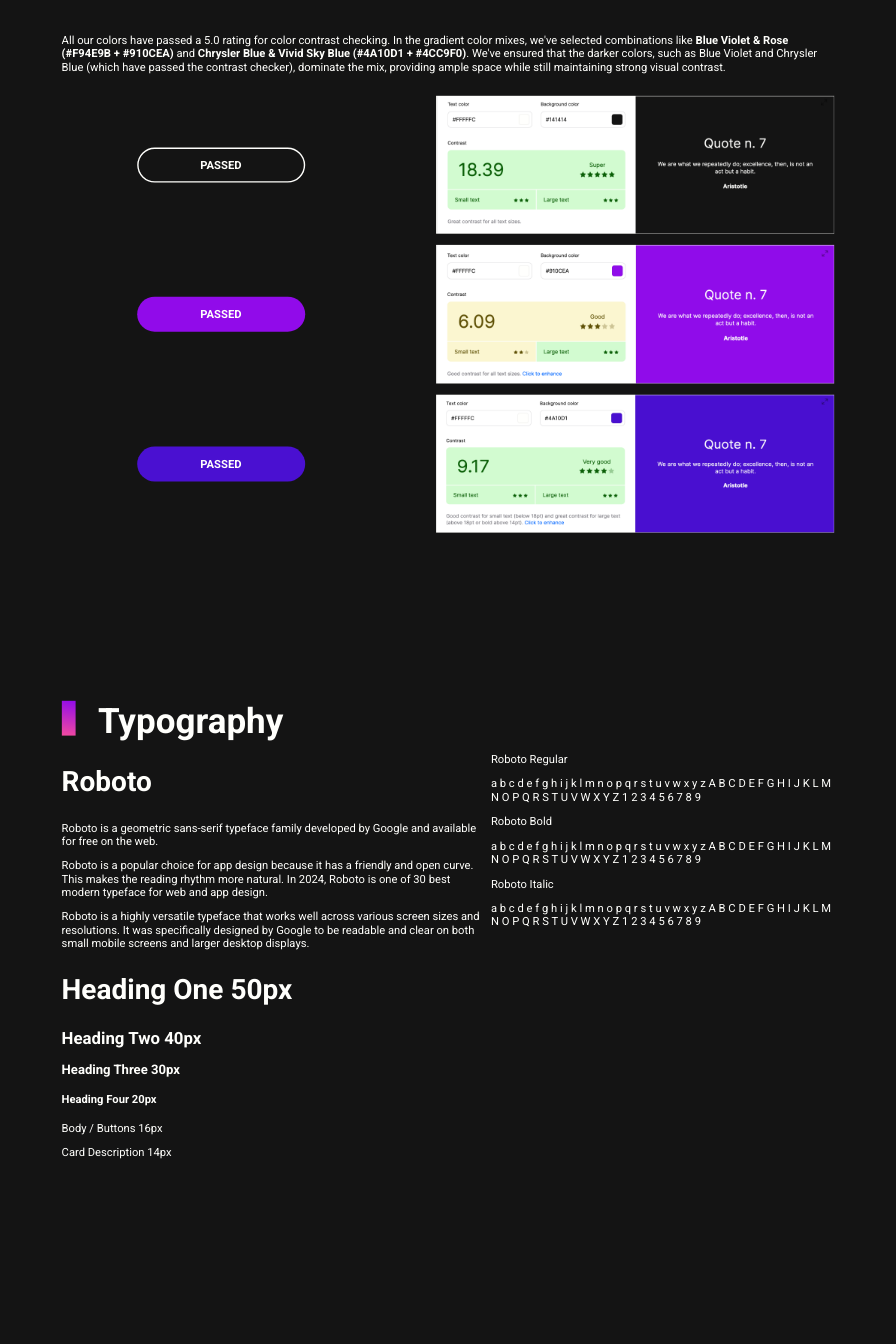
Repository: MonicaNguyenH/artflow_frontend_vanJS
Page: index.html
These files come from the project's save history. The page is drawn as it stood at one moment and after the next save; the edit follows.
The browser window is 1280 px wide. The pictures show the part of the page from y = 3287 to 5207 px (the page is 5207 px tall), at 70% of full size.
Some web fonts or font styles are not loaded; a fallback is used.

Above is the page before, as saved 2024-04-05 16:17:40.

### index.html
<!DOCTYPE html>
<html lang="en">
<head>
    <meta charset="UTF-8">
    <meta name="viewport" content="width=device-width, initial-scale=1.0">
    <title>Art Flow Style Guide</title>
    <link rel="stylesheet" href="css/style.css">
</head>
<body>
    <nav id="navbar">
        <ul class="list row l-col-1-2">
            <div class="col">
                <li id="logoNav"><a href="#home">ArtFlow</a></li>
            </div>
            <div class="col grid l-col-7">
                <li class="listItem rol"><a href="#home">Home</a></li>
                <li class="listItem rol"><a href="#logo">Logo</a></li>
                <li class="listItem rol"><a href="#colours">Colours</a></li>
                <li class="listItem rol"><a href="#typography">Typography</a></li>
                <li class="listItem rol"><a href="#grid">Grid Layout</a></li>
                <li class="listItem rol"><a href="#iconography">Iconography</a></li>
                <li class="listItem rol"><a href="#references">References</a></li>
            </div>
        </ul>
        <div class="borderGradient row-span"></div>
    </nav>
    <main>
        <section id="home">
            <div class="homeCover row l-col-2">
                <div class="homeMockup col">
                    <img src="img/home_mockup.png" alt="home mockup">
                </div>
                <div class="homeContent col">
                    <div class="homeDes">
                        <img src="img/placeholder.svg" alt="brand logo">
                        <p class="ARTFLOW">ARTFLOW</p>
                        <p class="description">Brand Style Guide</p>
                        <ul class="studentList">
                            <li>A01358535 | Jumi Pham</li>
                            <li>A01360275 | Monica Nguyen</li>
                            <li>A74374838 | Shirin Forouzan</li>
                            <li>A83485858 | Callista Chan</li>
                        </ul>
                    </div>
                </div>
            </div>
        </section>

        <section id="logo">
        </section>

        <section id="colours">
            <div class="subhead">
                <div class="subMark"></div>
                <p class="subCaption">Colors</p>
            </div>
            <div class="colourCatg row l-col-2-1" style="column-gap: 3rem;">
                <div class="coloursContent col">
                    <p class="secHead">Primary Colours</p>
                    <p class="colourDesc">We select a Dark, Cream White and Rose palette as the primary background and text colours to provide a clean and sophisticated aesthetic throughout our app.</p>
                </div>
                <div class="coloursCardSet grid l-col-3">
                    <div class="coloursCard col">
                        <div class="swatches" style="background-color: var(--black)"></div>
                        <p class="colourName">Dark</p>
                        <p class="hex">#141414</p>
                    </div>
                    <div class="coloursCard col">
                        <div class="swatches" style="border: 1px solid black; background-color: var(--white);"></div>
                        <p class="colourName">Cream White</p>
                        <p class="hex">#141414</p>
                    </div>
                    <div class="coloursCard col">
                        <div class="swatches" style="background-color: var(--rose)"></div>
                        <p class="colourName">Rose</p>
                        <p class="hex">#F94E9B</p>
                    </div>
                </div>
            </div>
            <div class="colourCatg row l-col-2-1" style="column-gap: 3rem;">
                <div class="coloursContent col">
                    <p class="secHead">Secondary Colours</p>
                    <p class="colourDesc">We use Blue Violet and Vivid Sky Blue as important as main colours which are for buttons and icons. These vibrant hues not only catch the eye but also convey a sense of  dynamism and clarity, ensuring a seamless and engaging user experience.</p>
                    <p class="colourDesc">Additionally, we pick a specific gray shade for the navigation bar, backgrounds of cards, and separators. This helps to organize the app neatly and makes it easier for users to find their way around.</p>
                </div>
                <div class="coloursCardSet grid l-col-3">
                    <div class="coloursCard col">
                        <div class="swatches" style="background-color: var(--violet)"></div>
                        <p class="colourName">Blue Violet</p>
                        <p class="hex">#910CEA </p>
                    </div>
                    <div class="coloursCard col">
                        <div class="swatches" style="background-color: var(--light-blue);"></div>
                        <p class="colourName">Vivid SKy Blue</p>
                        <p class="hex">#4CC9F0</p>
                    </div>
                    <div class="coloursCard col">
                        <div class="swatches" style="background-color: var(--dark-blue)"></div>
                        <p class="colourName">Chrysler Blue</p>
                        <p class="hex">#4A10D1</p>
                    </div>
                    <div class="coloursCard col">
                        <div class="swatches" style="background-color: var(--light-grey)"></div>
                        <p class="colourName">Light Gray</p>
                        <p class="hex">#878787</p>
                    </div>
                    <div class="coloursCard col">
                        <div class="swatches" style="background-color: var(--light-grey)"></div>
                        <p class="colourName">French Gray</p>
                        <p class="hex">#A6A7B3</p>
                    </div>
                    <div class="coloursCard col">
                        <div class="swatches" style="background-color: var(--medium-grey)"></div>
                        <p class="colourName">Jet</p>
                        <p class="hex">#333333</p>
                    </div>
                </div>
            </div>
            <div class="colourCatg row l-col-2-1" style="column-gap: 3rem;">
                <div class="coloursContent col">
                    <p class="secHead">Gradients</p>
                    <p class="colourDesc">We choose gradient mix for our primary buttons. This deliberate choice not only enhances visual appeal but also symbolizes the core essence and identity of our application, inviting users to engage with confidence and enthusiasm.</p>
                </div>
                <div class="coloursCardSet grid l-col-3">
                    <div class="coloursCard col">
                        <div class="swatches" style="background-image: var(--gradient-rv)"></div>
                        <p class="colourName">Rose & Blue Violet</p>
                        <p class="hex">#F94E9B + #910CEA</p>
                    </div>
                    <div class="coloursCard col">
                        <div class="swatches" style="background-image: var(--gradient-bb);"></div>
                        <p class="colourName">Chrysler Blue & Vivid Sky Blue</p>
                        <p class="hex">#4A10D1 + #4CC9F0</p>
                    </div>
                </div>
            </div>
            <div class="colourCatg row l-col-2-1" style="column-gap: 3rem;">
                <div class="coloursContent col">
                    <p class="secHead">Visual Example</p>
                    <div class="">
                        <img src="img/nav_bar.svg" alt="brand logo" style="margin: 1rem 0 1rem 0;">
                        <p>Cream <strong>White (#FFFFFC)</strong> & <strong>Rose (#F94E9B)</strong> for buttons and <strong>Jet (#333333)</strong> background on navigation bar</p>
                        <div class="grid l-col-2 examples">
                            <div class="col">
                                <button class="buttonRV">Click Me</button> <br/>
                                <button class="buttonBB">Click Me</button>
                            </div>
                            <div class="col">
                                <label class="switch">
                                    <input type="checkbox">
                                    <span class="slider round"></span>
                                </label> <br/>
                                <button class="chips">Click me <img class="xIcon" src="icon/x_icon.svg" alt="x icon"></button>
                            </div>
                        </div>
                    </div>
                    <p>Gradients for buttons, cards, chip and switches</p>
                </div>
                <div class="coloursCardSet grid l-col-3">
                    <div class="col l-row-span">
                        <p><strong>Dark (#141414)</strong> for background</p>
                        <p><strong>Cream White (#FFFFFC)</strong> for primary text</p>
                        <p><strong>Gradients</strong> for clickable state</p>
                    </div>
                    <div class="col mockup">
                        <img src="img/mockup_landing.png" alt="mockup landing page">
                    </div>
                    <div class="col mockup">
                        <img src="img/mockup_profile.png" alt="mockup profile page">
                    </div>
                    <div class="col mockup">
                        <img src="img/mockup_profile.png" alt="mockup profile page">
                    </div>
                </div>
            </div>
            <div class="colourCatg row" style="column-gap: 3rem;">
                <div class="coloursContent l-span-row">
                    <p class="secHead">Colours Contrast Checker</p>
                    <p>All our colors have passed a 5.0 rating for color contrast checking. In the gradient color mixes, we've selected combinations like <strong>Blue Violet & Rose (#F94E9B + #910CEA)</strong> and <strong>Chrysler Blue & Vivid Sky Blue (#4A10D1 + #4CC9F0)</strong>. We've ensured that the darker colors, such as Blue Violet and Chrysler Blue (which have passed the contrast checker), dominate the mix, providing ample space while still maintaining strong visual contrast.</p>
                </div>
                <div class="contrast row grid l-col-2-1">
                    <div>
                        <button style="background-color: var(--black); border: 2px solid var(--white);">PASSED</button>
                    </div>
                    <div>
                        <img src="img/contrast_dark.png">
                    </div>
                </div>
                <div class="contrast row grid l-col-2-1">
                    <div>
                        <button style="background-color: var(--violet);">PASSED</button>
                    </div>
                    <div>
                        <img src="img/contrast_violet.png">
                    </div>
                </div>
                <div class="contrast row grid l-col-2-1">
                    <div>
                        <button style="background-color: var(--dark-blue);">PASSED</button>
                    </div>
                    <div>
                        <img src="img/contrast_chrysler_blue.png">
                    </div>
                </div>
            </div>
        </section>

        <section id="typography" style="margin-bottom: 15rem">
            <div class="subhead">
                <div class="subMark"></div>
                <p class="subCaption">Typography</p>
            </div>
            <div class="typography row l-col-2-2">
                <div class="col roboto-usage">
                    <h1>Roboto</h1>
                    <p>Roboto is a geometric sans-serif typeface family developed by Google and available for free on the web.</p>
                    <p>Roboto is a popular choice for app design because it has a friendly and open curve. This makes the reading rhythm more natural. In 2024, Roboto is one of 30 best modern typeface for web and app design.</p>
                    <p>Roboto is a highly versatile typeface that works well across various screen sizes and resolutions. It was specifically designed by Google to  be readable and clear on both small mobile screens and larger desktop displays.</p>
                    <div>
                        <h1>Heading One 50px</h1>
                        <h2>Heading Two 40px</h2>
                        <h3>Heading Three 30px</h3>
                        <h4>Heading Four 20px</h4>
                        <p>Body / Buttons 16px</p>
                        <p>Card Description 14px</p>
                    </div>
                </div>
                <div class="col roboto-typeface">
                    <div class="roboto-regular">
                        <p class="heading">Roboto Regular</p>
                        <p>a b c d e f g h i j k l m n o p q r s t u v w x y z
                            A B C D E F G H I J K L M N O P Q R S T U V W X Y Z
                            1 2 3 4 5 6 7 8 9
                        </p>
                    </div>
                    <div class="roboto-bold">
                        <p class="heading">Roboto Bold</p>
                        <p>a b c d e f g h i j k l m n o p q r s t u v w x y z
                            A B C D E F G H I J K L M N O P Q R S T U V W X Y Z
                            1 2 3 4 5 6 7 8 9
                        </p>
                    </div>
                    <div class="roboto-italic">
                        <p class="heading">Roboto Italic</p>
                        <p>a b c d e f g h i j k l m n o p q r s t u v w x y z
                            A B C D E F G H I J K L M N O P Q R S T U V W X Y Z
                            1 2 3 4 5 6 7 8 9
                        </p>
                    </div>
                </div>
            </div>
        </section>

        <section id="grid">
        </section>

        <section id="iconography">
        </section>
    </main>

    <script src="script.js"></script>
</body>
</html>

### css/style.css
@import url('https://fonts.googleapis.com/css2?family=Bodoni+Moda:ital,opsz,wght@0,6..96,400..900;1,6..96,400..900&family=Roboto:ital,wght@0,100;0,300;0,400;0,500;0,700;0,900;1,100;1,300;1,400;1,500;1,700;1,900&display=swap');
@font-face {
    font-family: 'lostar';
    src: url('fonts/lostar');
}

:root {
    --font-logo: "lostar", serif;
    --font-family: "Roboto", sans-serif;

    --roboto-regular-14:  regular 14px "Roboto";
    --roboto-bold-14: bold 14px "Roboto";

    --roboto-regular-16: regular 16px "Roboto";
    --roboto-bold-16: bold 16px "Roboto";

    --roboto-bold-20: bold 20px "Roboto";
    --roboto-bold-30: bold 30px "Roboto";
    --roboto-bold-40: bold 40px "Roboto";
    --roboto-bold-50: bold 50px "Roboto";

    --lostar-regular-30: 30px "lostar";
    --lostar-regular-50: 50px "lostar";
    --lostar-regular-60: 60px "lostar";


    --black: #141414;
    --white: #FFFFFC;
    --grey: rgba(135,135,135,0.2); /*make this 20% opacity*/
    --light-grey: #A6A7B3;
    --medium-grey: #545458;
    --dark-grey: #333333;
    --rose: #F94E9B;
    --violet: #910BEA;
    --dark-blue: #4A10D1;
    --blue: #687FE9;
    --light-blue: #4CC9F0;

    /*gradient*/
    --gradient-rv: linear-gradient(85deg, var(--rose) 5%, var(--violet) 95%);
    --gradient-bb: linear-gradient(85deg, var(--dark-blue) 2%, var(--light-blue) 113%);
    --gradient-vb: linear-gradient(85deg, var(--violet) 5%, var(--blue) 95%);
}

html {
    background: var(--black);
    color: var(--white);
    font-family: var(--font-family);

    padding: 0;
    margin: 0;
    padding-top: 5rem;
}

main {
    padding: 0 5rem 0 5rem;
}

section {
    overflow-y: auto;
}


/*********** NAV BAR **********/
nav {
    overflow: hidden;
    background-color: var(--black);
    position: fixed; /* Set the navbar to fixed position */
    top: 0;
    width: 100%;
    z-index: 100;
}

.list {
    padding: 0 5rem 0 5rem;
}

#navbar ul {
    list-style-type: none;
    margin: 1.5rem 0 1.5rem 0;
}

.listItem a,
#logoNav a {
    text-decoration: none;
    color: var(--white);
    font: var(--roboto-bold-14);
}

.listItem {
    display: flex;
    align-items: center;
}

#logoNav a {
    font: var(--lostar-regular-30);
}

.borderGradient {
    background-image: var(--gradient-rv);
    width: 100%;
    height: 5px;
    margin: 0;
    padding: 0;
}

/*********** HOME **********/
.homeCover {
    padding: 5rem 0 5rem 0;
    margin: 1rem 0 1rem 0;
}

.homeContent {
    display: flex;
    flex-direction: row;
    align-items: center;
    column-gap: 3rem;
}

.homeMockup img {
    max-width: 80%;
}

.homeContent img {
    width: 80px;
    height: 80px;
    align-self: flex-start;
}

.homeDes .ARTFLOW {
    font-family: "lostar";
    font-size: 100px;
    margin: 0;
}

.homeDes .description {
    font-family: "Roboto";
    font-size: 50px;
    font-weight: bold;
    margin: 0;
    margin-top: -1rem;
}

.studentList {
    list-style-type: none;
    padding: 0;
    margin: 2rem 0 0 0;
}

.studentList li{
    text-decoration: none;
    font: var(--roboto-bold-14);
}

/*********** COLOURS **********/
.colourCatg {
    margin-top: 5rem;
    margin-bottom: 15rem;
}

.subhead {
    display: flex;
    flex-direction: row;
    justify-content: flex-start;
    column-gap: 2rem;
}

.subMark {
    height: 50px;
    width: 20px;
    background: linear-gradient(11deg, #F94E9B -5.71%, #910BEA 100%);
}

.subCaption {
    font-family: "Roboto";
    font-size: 50px;
    font-weight: bold;
    margin: 0;
}

.secHead {
    font: var(--roboto-bold-40);
    margin-top: 0;
}

.colourDesc p {
    font: var(--roboto-regular-16);
}

.coloursCardSet {
    gap: 4rem;
}

.coloursCard {
    background-color: var(--white);
    border-radius: 5px;
    height: 200px;
    width: 100%;
    display: flex;
    flex-direction: column;

    color: var(--black);
}

.swatches {
    margin-top: 0.6rem;
    width: 90%;
    height: 130px;
    border-radius: 5px;

    align-self: center;
}

.colourName,
.hex {
    margin: 0;
    align-self: flex-end;
    margin-right: 1rem;
    font-size: 12px;
}

.colourName {
    margin-top: 0.8rem;
}

.hex {
    margin-bottom: 0.8rem;
}

.mockup img{
    width: 100%;
    height: auto;
}

.buttonRV,
.buttonBB,
.chips {
    width: 240px;
    height: 50px;
    border-radius: 50px;
    border: none;
    color: var(--white);
    font: var(--roboto-bold-16);
}

.buttonRV {
    background-image: var(--gradient-rv);
}

.buttonRV:hover {
    background-image: var(--gradient-bb);
}

.buttonBB {
    background-image: var(--gradient-bb);
}

.buttonBB:hover {
    background-image: var(--gradient-rv);
}

.chips img {
    width: 20px;
    height: 20px;
}

.chips {
    display: flex;
    flex-direction: row;
    justify-content: center;
    align-items: center;
    column-gap: 3rem;
    background-color: var(--black);

    background: linear-gradient(var(--black), var(--black)) padding-box,
                var(--gradient-rv) border-box;
    border-radius: 50px;
    border: 3px solid transparent;
}

.chips:hover {
    background-image: var(--gradient-rv);
    border: 3px solid var(--white);
}

.chips .xIcon  {
    fill: white
}

.examples {
    align-items: end;
}

.examples button,
.examples .switch {
    margin: 1rem;
}

/*********** TOGGLE SWITCH **********/

.slider.round {
    border-radius: 50px;
}

.slider.round:before {
    border-radius: 50px;
}

.switch {
    position: relative;
    display: inline-block;
    width: 55px;
    height: 30px;
}

.switch input {
    opacity: 0;
    width: 0;
    height: 0;
}

.slider {
    position: absolute;
    cursor: pointer;
    top: 0;
    left: 0;
    right: 0;
    bottom: 0;
    background-color: #ccc;
    border: 2px solid var(--white);
    -webkit-transition: .4s;
    transition: .4s;
}

.slider:before {
    position: absolute;
    content: "";
    height: 20px;
    width: 20px;
    left: 4px;
    bottom: 3px;
    background-color: var(--white);
    -webkit-transition: .4s;
    transition: .4s;
    align-self: center;
}

input:checked + .slider {
    background-image: var(--gradient-rv);
}

input:focus + .slider {
    box-shadow: 0 0 1px var(--gradient-rv);
}

input:checked + .slider:before {
    -webkit-transform: translateX(22px);
    -ms-transform: translateX(22px);
    transform: translateX(22px);
}

/*********** COLOUR CONTRAST **********/
.contrast {
    width: 100%;
    column-gap: 5rem;
    row-gap: 4rem;
    align-items: center;
    justify-items: center;
}

.contrast button {
    border-radius: 25px;
    height: 50px;
    width: 240px;

    font: var(--roboto-bold-16);
    color: var(--white);
    background-color: "";
    border: none;
}

.contrast img {
    width: 100%;
    height: auto;
}

/*********** TYPOGRAPHY **********/
.typography {

}

.roboto-usage {

}

.roboto-usage h1,
.roboto-bold heading {
    font: var(--roboto-bold-40);
}

.roboto-regular heading,
.roboto-italic heading {
    font-family: "roboto";
    font-size: 40px;
    font-weight: regular;
}














/***********BASIC SETTINGS**********/
audio,
canvas,
iframe,
img,
svg,
video {
    vertical-align: middle;
}

fieldset {
    border: 0;
    margin: 0;
    padding: 0;
}

*,
*:before,
*:after {
    box-sizing: border-box;
}

/***********CORE SETTINGS**********/
.row {
    display: grid;
    row-gap: 1rem;
}

.col {
    position: relative;
}

.grid {
    display: grid;
}


/* LARGE */

@media screen and (min-width: 64em) {
    .l-col-2 {
        grid-template-columns: 1fr 1fr;
    }

    .l-col-1-2 {
        grid-template-columns: 0.5fr 1fr;
    }

    .l-col-2-1 {
        grid-template-columns: 0.8fr 1fr;
    }

    .l-col-2-2 {
        grid-template-columns: 1fr 0.8fr;
    }

    .l-col-3 {
        grid-template-columns: repeat(3, 1fr);
    }

    .l-col-7 {
        grid-template-columns: repeat(7, 1fr);
    }

    .l-row-span {
        grid-column-start: 1;
        grid-column-end: -1;
    }

    .l-hide {
        display: none;
    }
}


/* SMALL ONLY

@media screen and (max-width: 39.9375em) {
    .s-hide {
        display: none;
    }
}

*/

/* MEDIUM AND UP

@media screen and (min-width: 40em) {
    .row {
        column-gap: 1.5rem;
        row-gap: 1.5rem;
        margin: 0 auto;
    }

    .grid {
        display: grid;
        column-gap: 0.5rem;
        row-gap: 0.5rem;
    }

    .m-col-2 {
        grid-template-columns: 1fr 1fr;
    }
}

*/

/* MEDIUM ONLY

@media screen and (min-width: 40em) and (max-width: 63.9375em) {
    .m-row-span {
        grid-column-start: 1;
        grid-column-end: -1;
    }

    .m-hide {
        display: none;
    }
}
*/

Loaded but not shown: script.js (no copy from this time; the picture is the same without it)

After the next save:
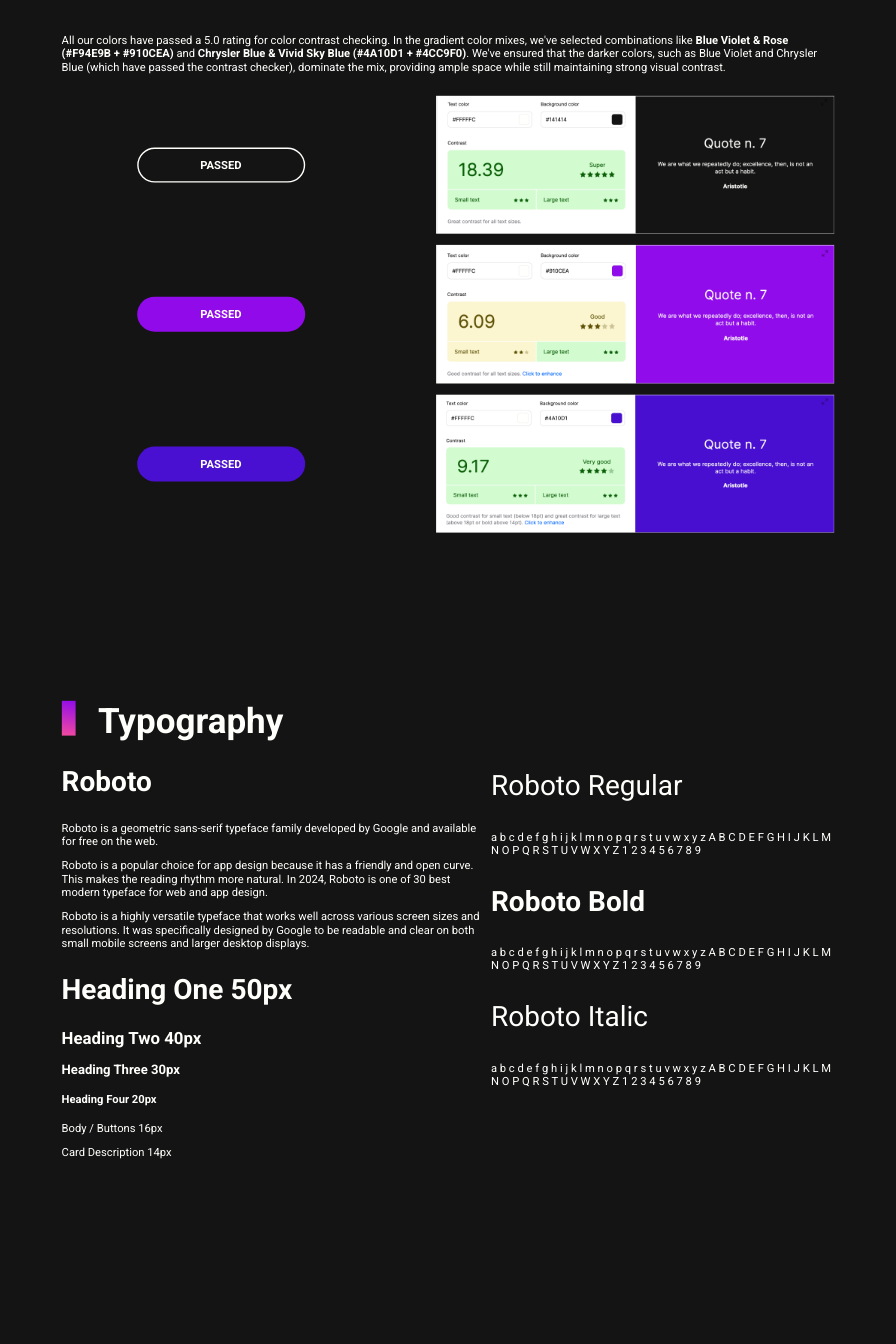
Saved 8 s later.
--- a/css/style.css
+++ b/css/style.css
@@ -394,12 +394,12 @@ input:checked + .slider:before {
 }
 
 .roboto-usage h1,
-.roboto-bold heading {
+.roboto-bold .heading {
     font: var(--roboto-bold-40);
 }
 
-.roboto-regular heading,
-.roboto-italic heading {
+.roboto-regular .heading,
+.roboto-italic .heading {
     font-family: "roboto";
     font-size: 40px;
     font-weight: regular;
